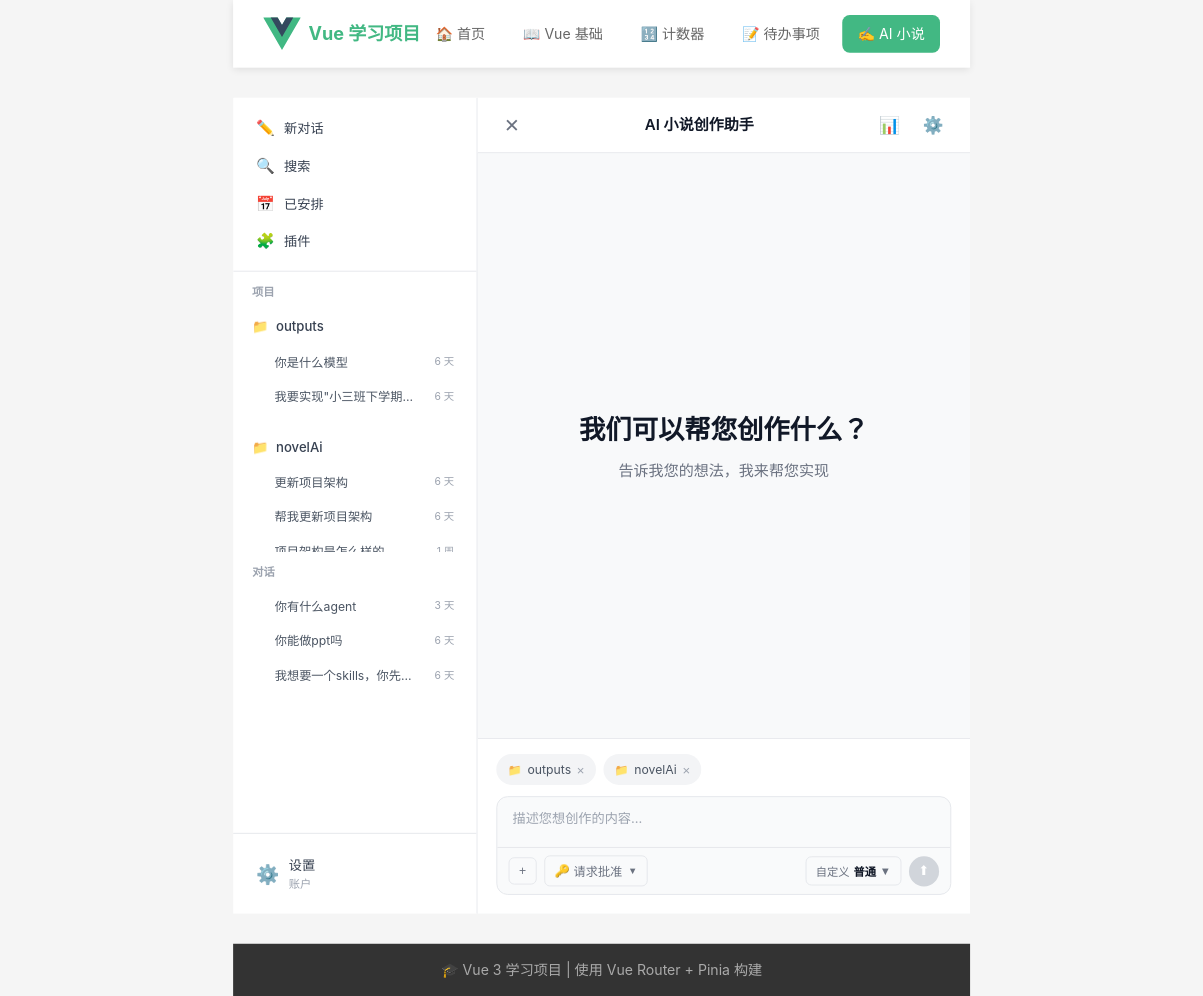
Repository: SergeXie/ai-novel-writer
Page: /novel (app in vue-project/)
An editor plug-in stored every save of this project. The page is shown before and after a run of saves, followed by the edit.
The browser window is 1280 px wide. The pictures show the whole page, at 94% of full size.
The project was rebuilt for these pictures with package versions that can differ from the ones it lists, and the page was loaded fresh each time. Also part of the build but not shown: vue-project/vite.config.ts, vue-project/src/views/HomeView.vue.

Above is the page before, as saved 2026-07-15 15:00:56.

After the next 2 saves:
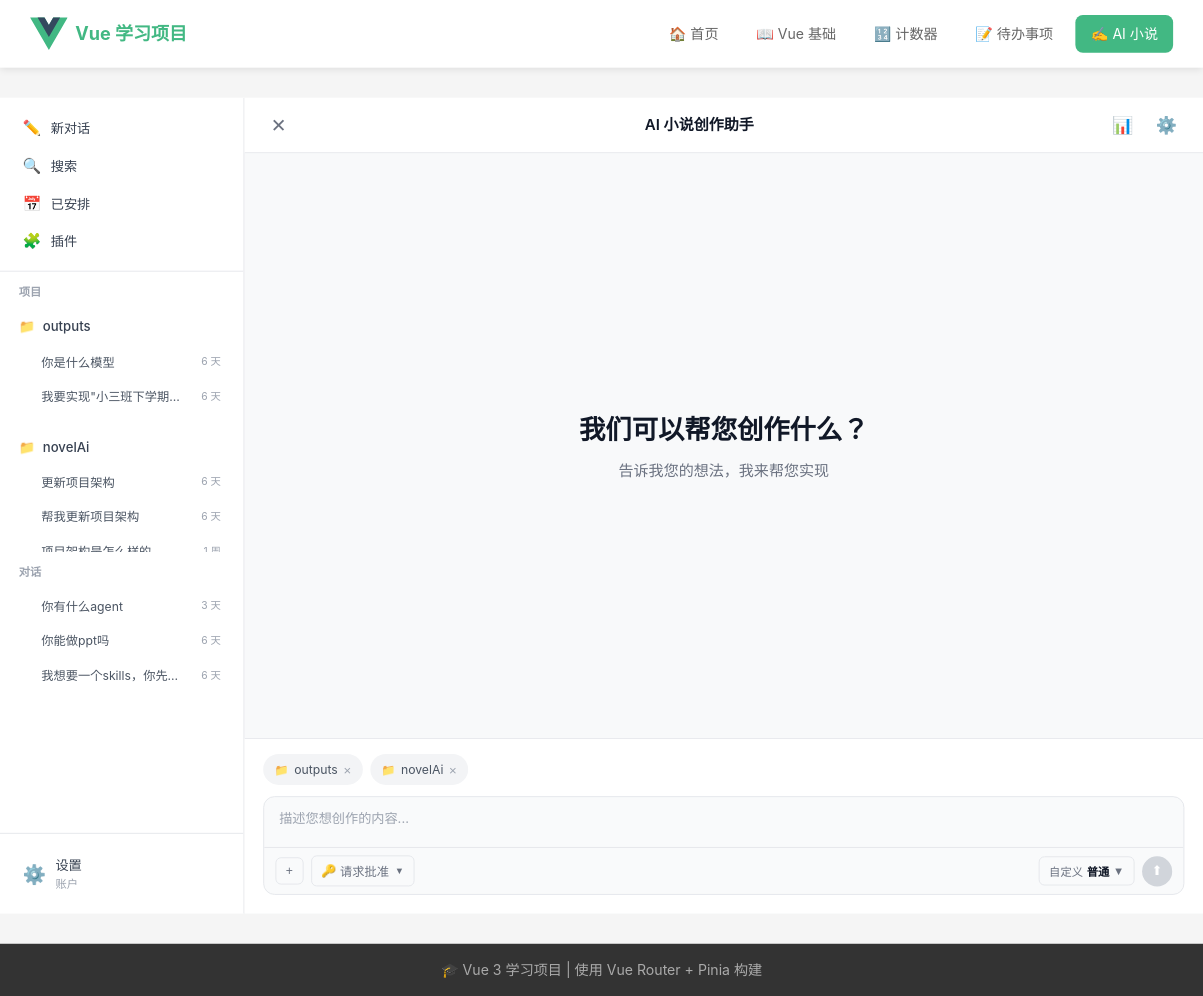
The 2 saves are shown as one change because 1 did not build or start.
The last was saved 3 min 5 s later.
--- a/vue-project/src/App.vue
+++ b/vue-project/src/App.vue
@@ -6,8 +6,7 @@
 </script>
 
 <template>
-  <div id="app">
-    <!-- 导航栏 -->
+  <!-- 导航栏 -->
     <nav class="navbar">
       <div class="nav-brand">
         <img alt="Vue logo" class="logo" src="./assets/logo.svg" width="40" height="40" />
@@ -35,7 +34,6 @@
     <footer class="footer">
       <p>🎓 Vue 3 学习项目 | 使用 Vue Router + Pinia 构建</p>
     </footer>
-  </div>
 </template>
 
 <style>
